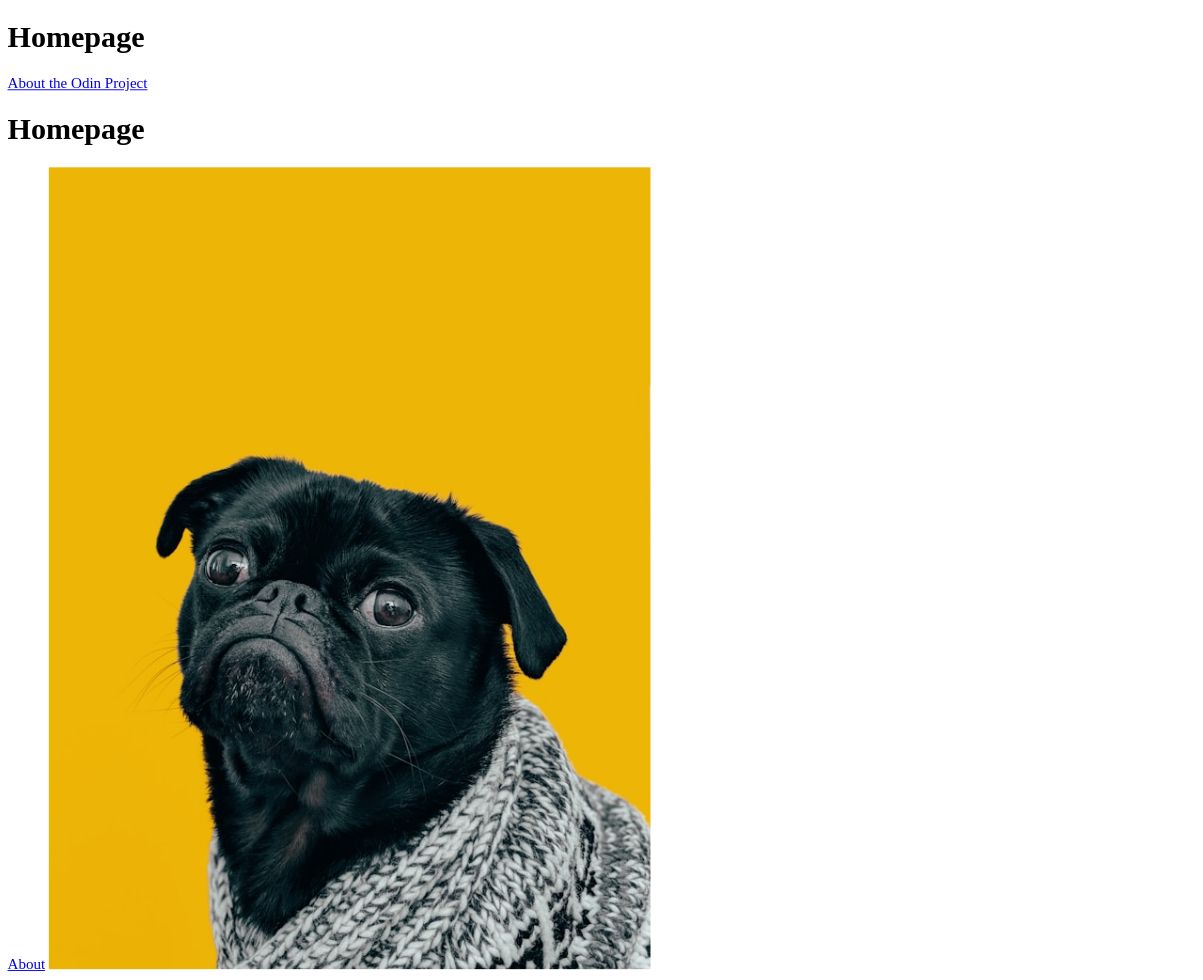
Repository: j0vesday/git_test
Page: root/odin-links-and-images/index.html
An editor plug-in stored every save of this project. The page is shown before and after the next save, followed by the edit.
The browser window is 1280 px wide. The pictures show the whole page, at 94% of full size.

Above is the page before, as saved 2024-09-27 05:35:16.

### root/odin-links-and-images/index.html
<!DOCTYPE html>
<!DOCTYPE html>
<html lang="en">
<head>
    <meta charset="UTF-8">
    <meta name="viewport" content="width=device-width, initial-scale=1.0">
    <title>Document</title>
</head>
<body>
    <h1>Homepage</h1>
    <a href="https://www.theodinproject.com/about" target="_blank" rel="noopener norefe">About the Odin Project</a>
    <h1>Homepage</h1>
    <a href="pages/about.html">About</a>

    <img src="./images/dog.jpg"
</body>
</html

After the next save:
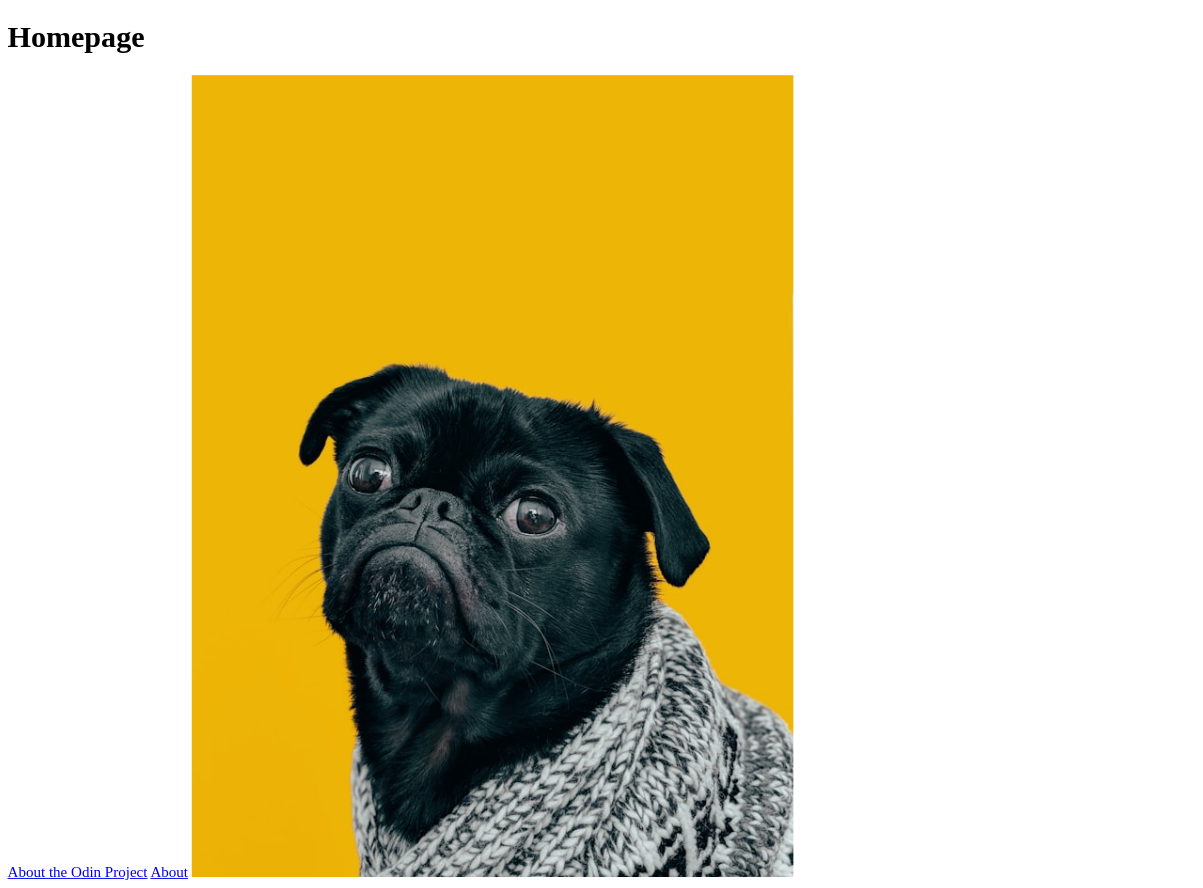
Saved 2 min 16 s later.
--- a/root/odin-links-and-images/index.html
+++ b/root/odin-links-and-images/index.html
@@ -1,4 +1,3 @@
-<!DOCTYPE html>
 <!DOCTYPE html>
 <html lang="en">
 <head>
@@ -9,7 +8,7 @@
 <body>
     <h1>Homepage</h1>
     <a href="https://www.theodinproject.com/about" target="_blank" rel="noopener norefe">About the Odin Project</a>
-    <h1>Homepage</h1>
+
     <a href="pages/about.html">About</a>
 
     <img src="./images/dog.jpg"
